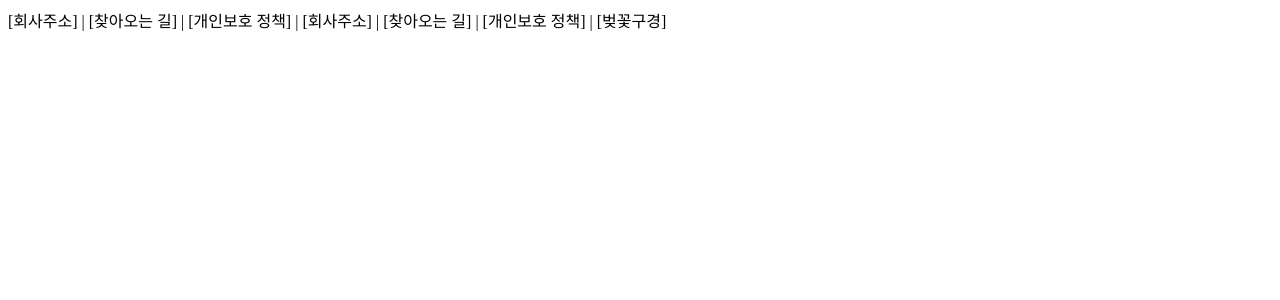
Repository: juujuu201/JSP
Page: http://localhost/StartJSP/bottom.jsp
These files come from the project's save history. The page is drawn as it stood at one moment and after the next save; the edit follows.
The browser window is 1280 px wide. The pictures show the whole page.
The page is served by Tomcat 9.

Above is the page before, as saved 2019-04-09 06:45:23.

After the next save:
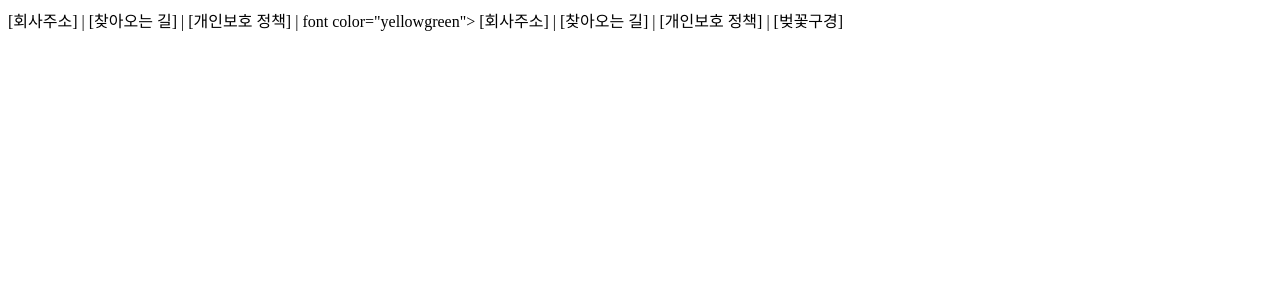
Saved 19 s later.
--- a/StartJSP/WebContent/bottom.jsp
+++ b/StartJSP/WebContent/bottom.jsp
@@ -7,6 +7,8 @@
 <title>Insert title here</title>
 </head>
 <body>
+font color="yellowgreen">
 [회사주소] | [찾아오는 길] | [개인보호 정책] | [벚꽃구경]
+</font>
 </body>
 </html>
